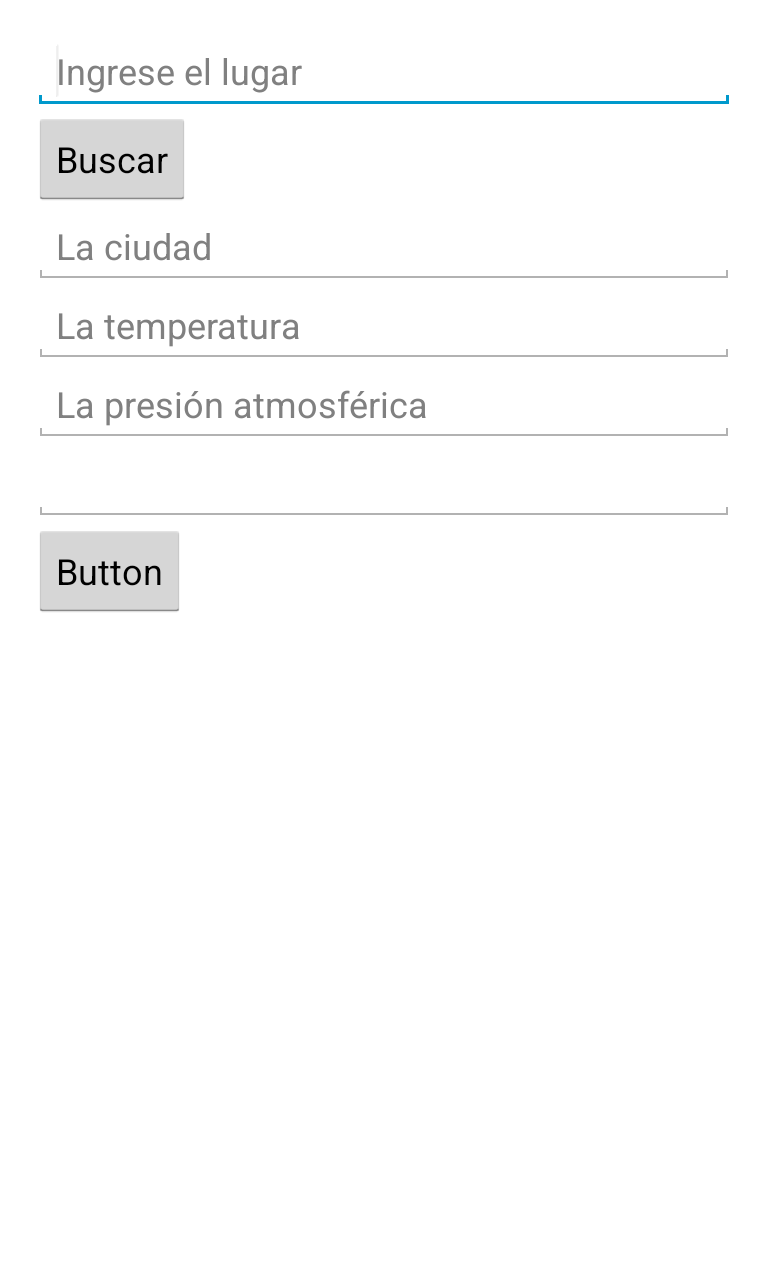
Repository: unmultimedio/android-cymetria-manizales
Layout: workspace/Weather/res/layout/fragment_main.xml
The author's editor kept a copy of each file at every save. The layout is drawn from the files as they stood at one save, then again after a run of saves.
It is drawn on a 768 x 1280 px phone screen (xhdpi) without system bars, with theme AppTheme; the app's code is not run.

Above is the layout before, as saved 2014-07-25 23:29:03.

After the next 2 saves:
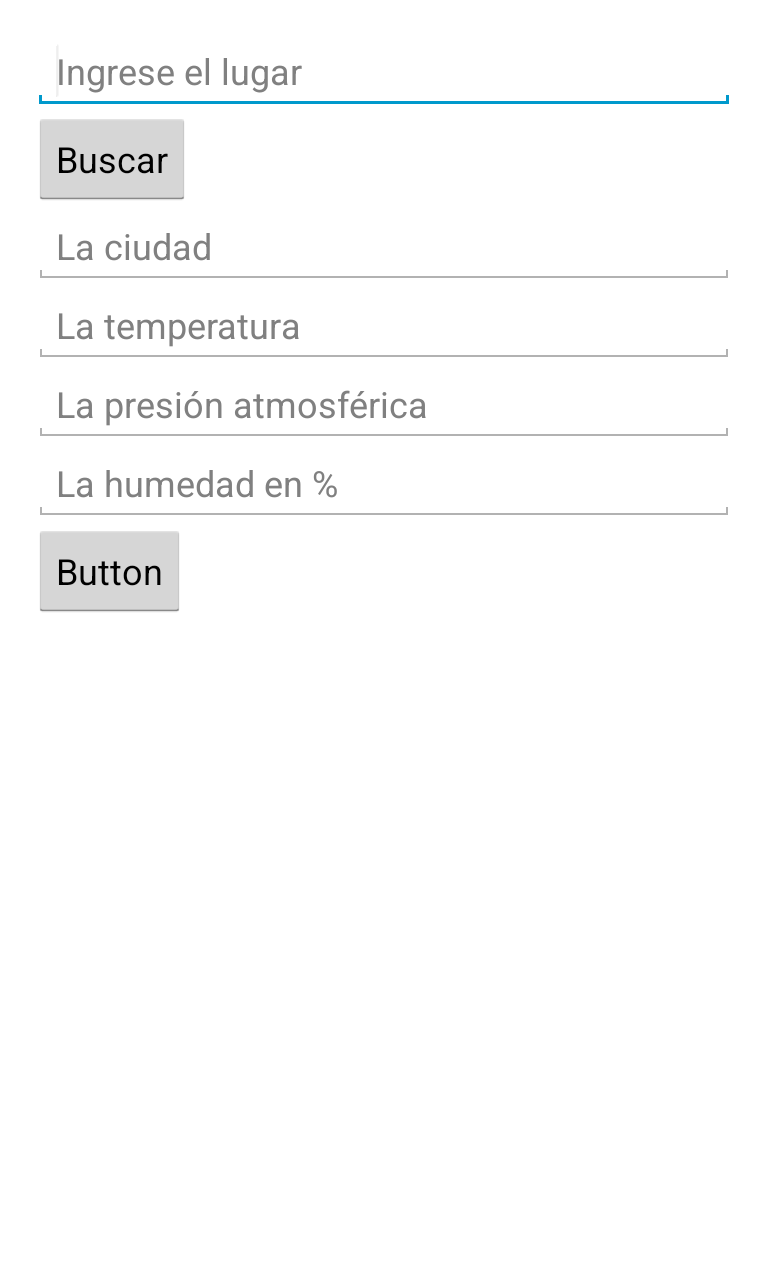
The 2 saves are shown as one change because they came seconds apart.
The last was saved 27 s later.
--- a/workspace/Weather/res/layout/fragment_main.xml
+++ b/workspace/Weather/res/layout/fragment_main.xml
@@ -48,10 +48,11 @@
         android:hint="La presión atmosférica" />
 
     <EditText
-        android:id="@+id/editText5"
+        android:id="@+id/humidity"
         android:layout_width="match_parent"
         android:layout_height="wrap_content"
-        android:ems="10" />
+        android:ems="10"
+        android:hint="La humedad en %" />
 
     <Button
         android:id="@+id/button2"
